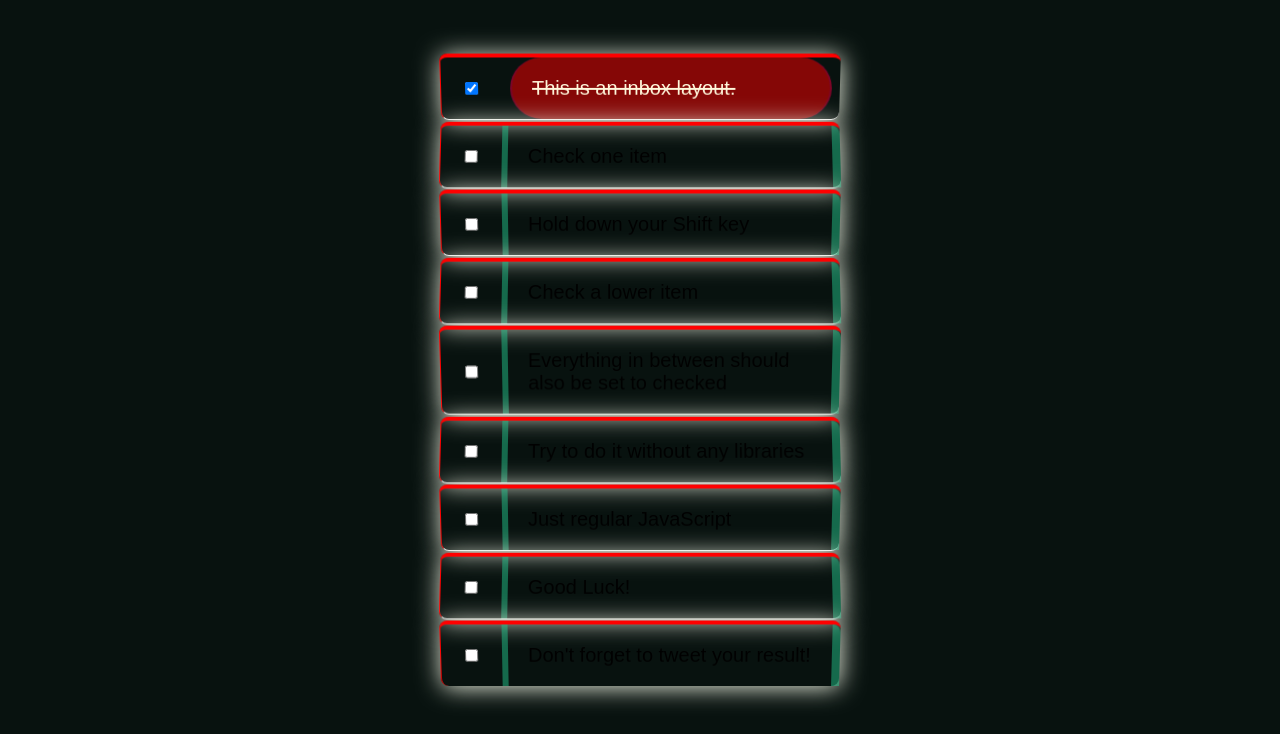
Repository: Freezler/Shift-Select-Checkboxes
Page: index.html
The author's editor kept a copy of each file at every save. The page is drawn from the files as they stood at one save, then again after the next save.
The browser window is 1280 px wide. The pictures show the whole page.
The first `input` is checked.

Above is the page before, as saved 2024-09-07 22:46:13.

After the next save:
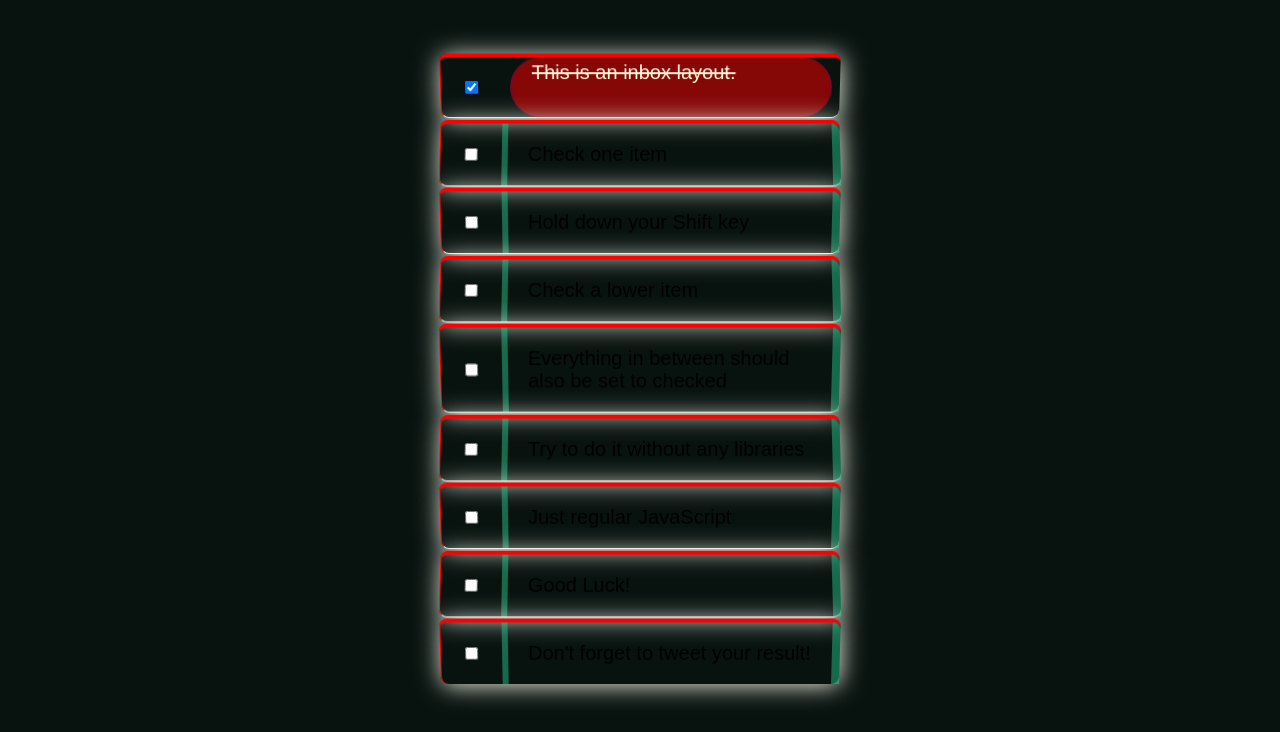
Saved 34 s later.
--- a/index.html
+++ b/index.html
@@ -59,6 +59,7 @@
       transition: all 0.9s ease-in-out;
       border-radius: 99px;
       margin-inline: 8px;
+      padding-block: 4px;
 
     }
 
